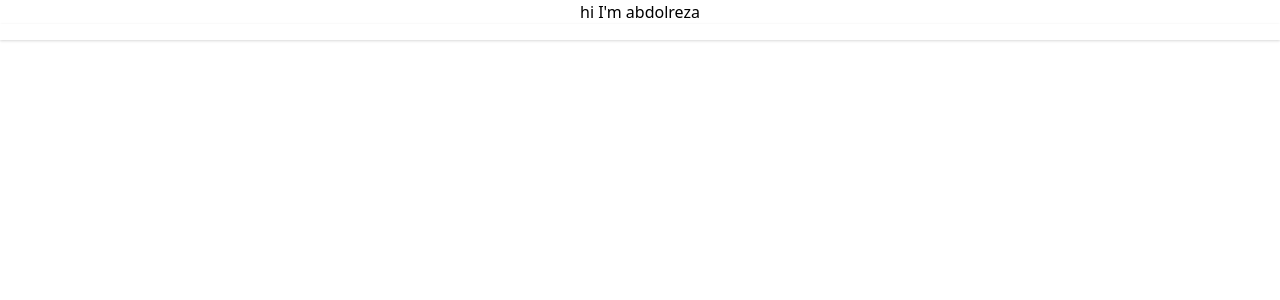
Repository: mavidev93/fund-me
Page: /
An editor plug-in stored every save of this project. The page is shown before and after a run of saves, followed by the edit.
The browser window is 1280 px wide. The pictures show the whole page.
The project was rebuilt for these pictures with package versions that can differ from the ones it lists, and the page was loaded fresh each time. Also part of the build but not shown: craco.config.js, src/App.css.

Above is the page before, as saved 2022-02-14 16:31:01.

After the next 3 saves:
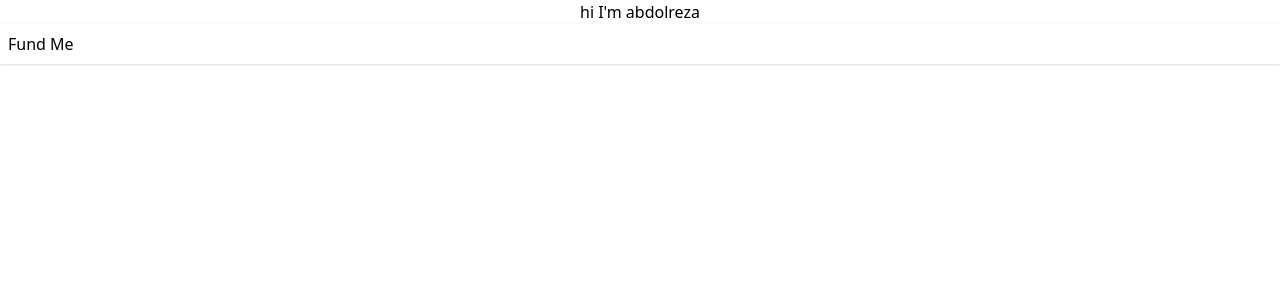
The 3 saves are shown as one change because they came seconds apart.
The last was saved 11 s later.
--- a/src/Components/FundmeInterface/FundMeInterface.tsx
+++ b/src/Components/FundmeInterface/FundMeInterface.tsx
@@ -13,7 +13,8 @@ function FundMeInterface() {
   //event handlers
 
   return <div className="flex shadow p-2">
-    <h2></h2>
+    <h2>Fund Me </h2>
+
 
   </div>;
 }
